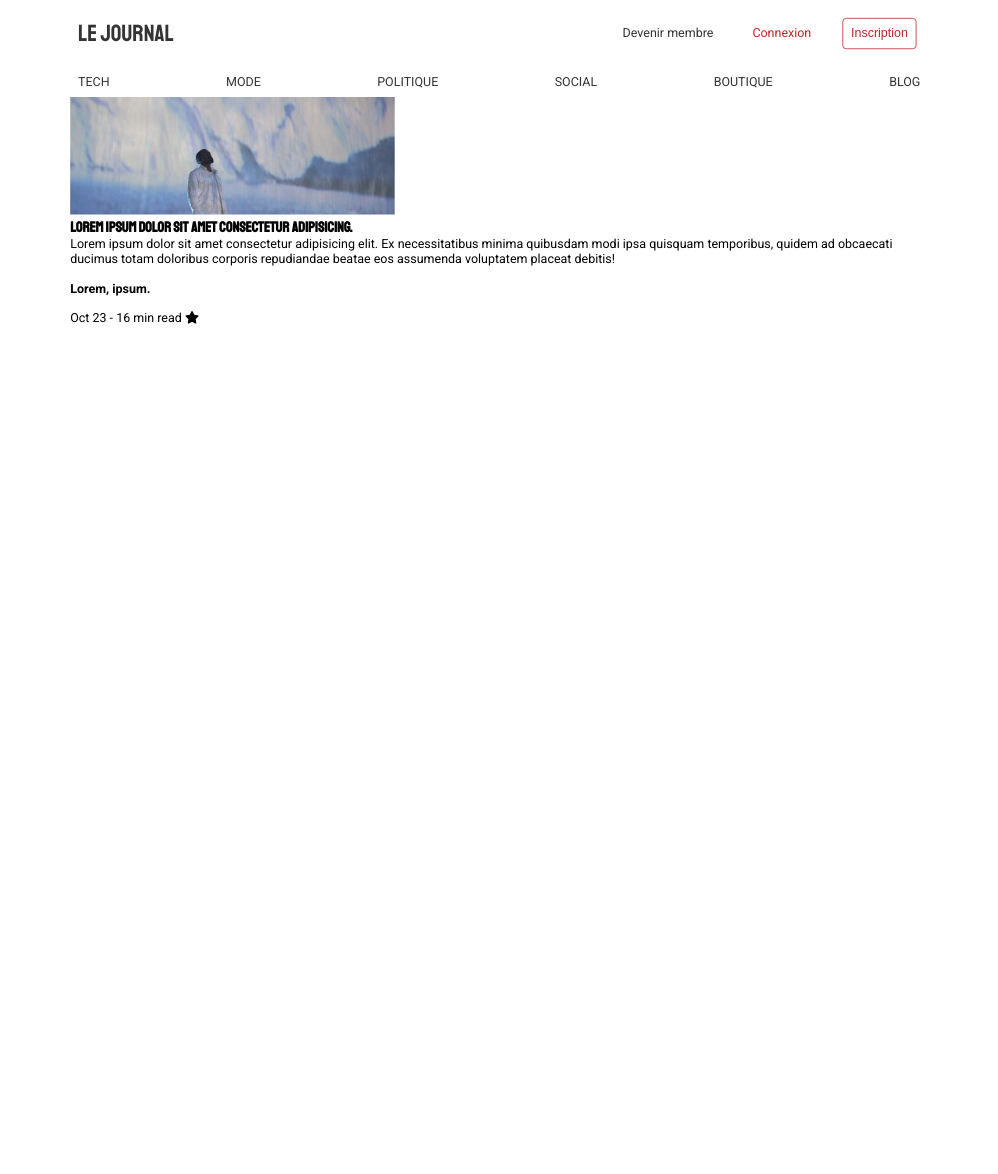
Repository: AmelYahyaoui/journal
Page: index.html
An editor plug-in stored every save of this project. The page is shown before and after a run of saves, followed by the edit.
The browser window is 1280 px wide. The pictures show the whole page, at 78% of full size.
Some web libraries are served in a nearby version.

Above is the page before, as saved 2024-10-08 14:03:05.

After the next 2 saves:
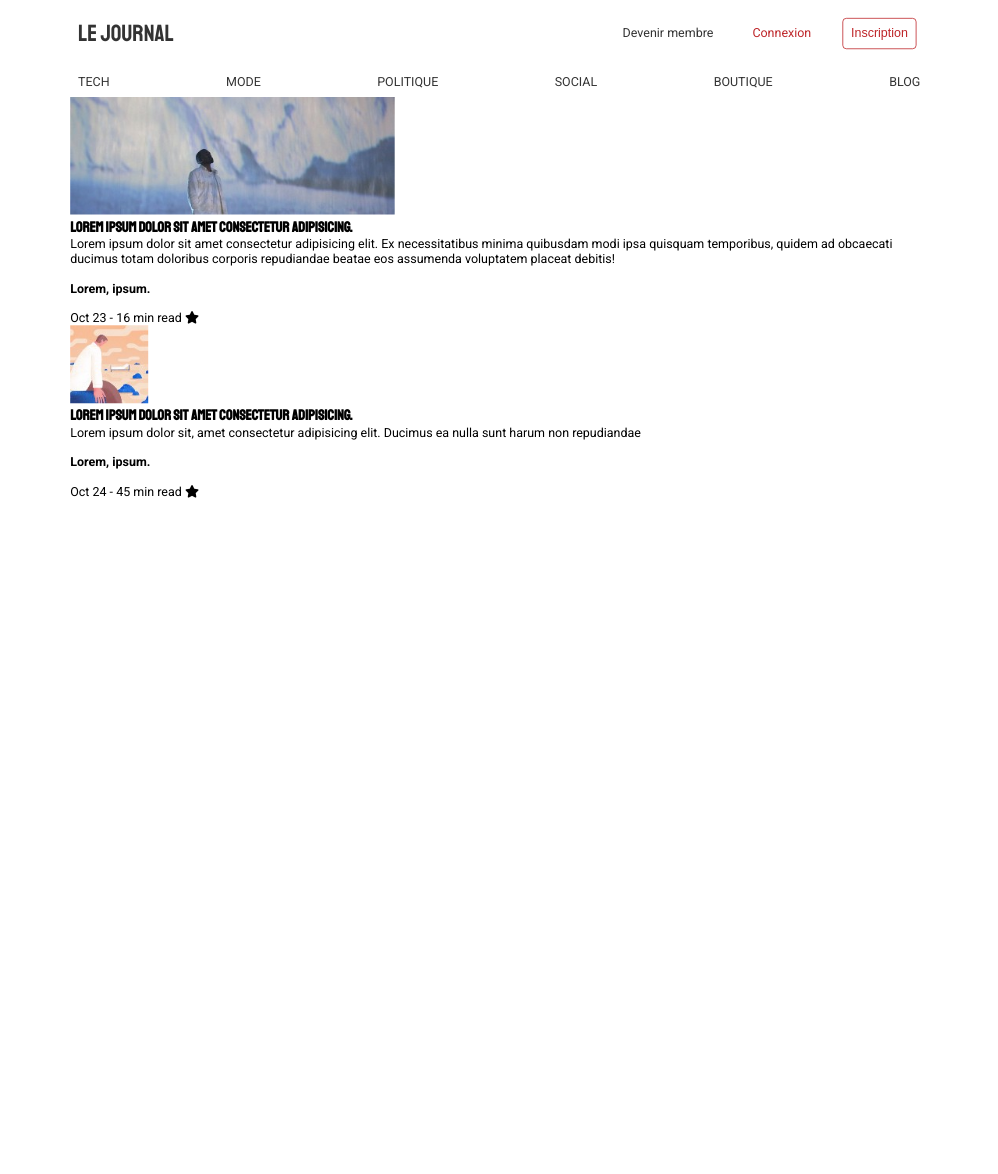
The 2 saves are shown as one change because they came seconds apart.
The last was saved 15 s later.
--- a/index.html
+++ b/index.html
@@ -48,7 +48,7 @@
         </icon>
       </p>
     </article>
-    <!-- <article class="">
+     <article class="">
       <img src="img/img/bloc-2.jpeg" alt="">
       <h3>Lorem ipsum dolor sit amet consectetur adipisicing.</h3>
       <p>Lorem ipsum dolor sit, amet consectetur adipisicing elit. Ducimus ea nulla sunt harum non repudiandae</p>
@@ -62,7 +62,7 @@
         </icon>
       </p>
     </article>
-    <article class="">
+    <!--<article class="">
       <img src="img/img/bloc-3.jpeg" alt="">
       <h3></h3>
       <p></p>
